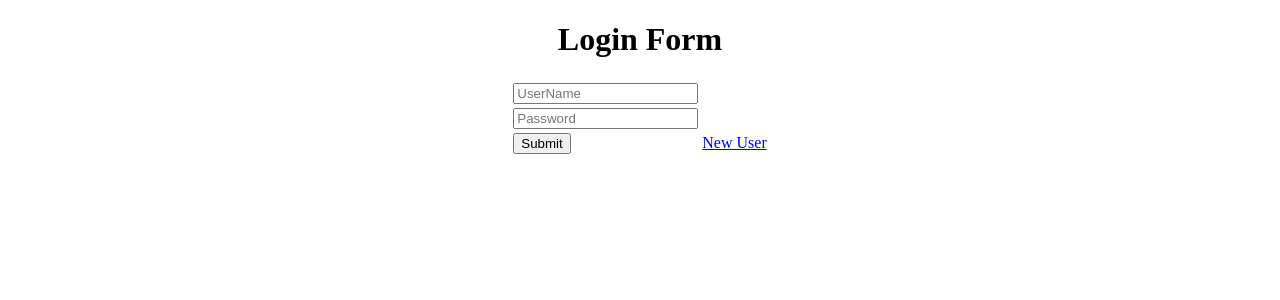
Repository: neethiarasan30/jsp-Servlets-crud-operation
Page: http://localhost/JavaFullStack/Login.jsp
The author's editor kept a copy of each file at every save. The page is drawn from the files as they stood at one save, then again after the next save.
The browser window is 1280 px wide. The pictures show the whole page.
The page is served by Tomcat 9.

Above is the page before, as saved 2024-07-12 09:51:11.

After the next save:
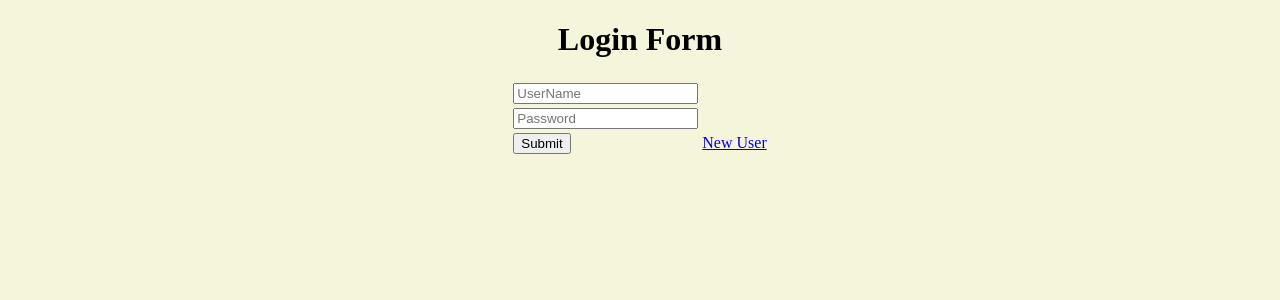
Saved 20 s later.
--- a/JavaFullStack/src/main/webapp/Login.jsp
+++ b/JavaFullStack/src/main/webapp/Login.jsp
@@ -5,6 +5,34 @@
 <head>
 <meta charset="ISO-8859-1">
 <title>Insert title here</title>
+<style type="text/css">
+
+	body{
+		background-color:beige;
+	}
+
+</style>
+
+<script type="text/javascript">
+
+	function myfunction(){
+		let username = document.getElementById("username").value
+
+		let password = document.getElementById("password").value
+
+		if(username == "")
+			{
+				alert("Username cannot be empty")
+				return false
+			}
+		else if(password == "")
+			{
+				alert("Password cannot be empty")
+				return false
+			}
+	}
+
+</script>
 </head>
 <body>
 	<h1 align="center">Login Form</h1>
